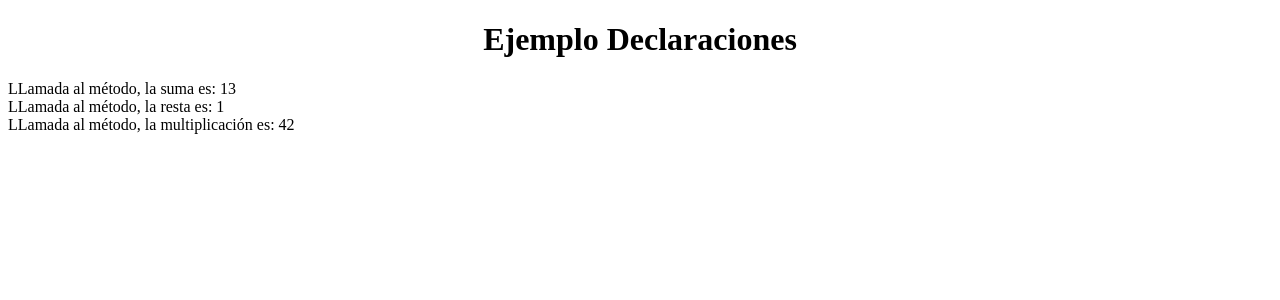
Repository: FernandoJFernandez/Curso-java-2022
Page: http://localhost/Primeros_pasos_JSP/EjemploDeclaraciones.jsp
An editor plug-in stored every save of this project. The page is shown before and after the next save, followed by the edit.
The browser window is 1280 px wide. The pictures show the whole page.
The page is served by Tomcat 9.

Above is the page before, as saved 2023-04-23 19:32:06.

After the next save:
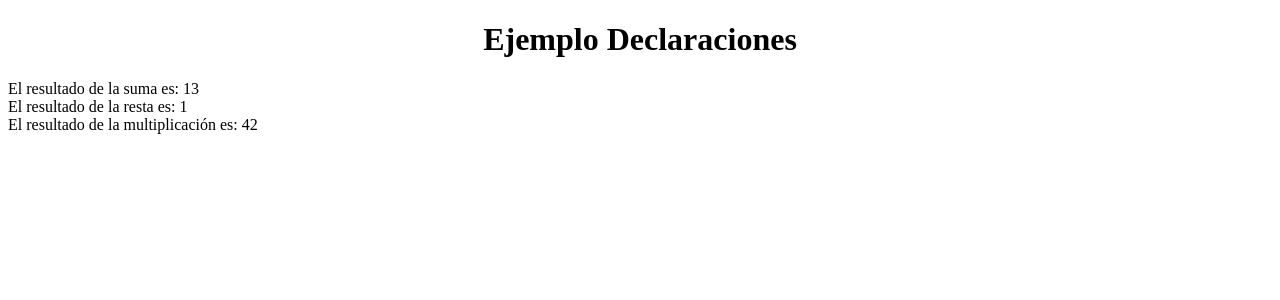
Saved 29 s later.
--- a/Primeros_pasos_JSP/src/main/webapp/EjemploDeclaraciones.jsp
+++ b/Primeros_pasos_JSP/src/main/webapp/EjemploDeclaraciones.jsp
@@ -25,10 +25,10 @@
 		}
 	%>
 
-	LLamada al método, la suma es: <%= metodoSuma(7,6) %>
+	El resultado de la suma es: <%= metodoSuma(7,6) %>
 	<br>
-	LLamada al método, la resta es: <%= metodoResta(7,6) %>
+	El resultado de la resta es: <%= metodoResta(7,6) %>
 	<br>
-	LLamada al método, la multiplicación es: <%= metodoMultiplica(7,6) %>
+	El resultado de la multiplicación es: <%= metodoMultiplica(7,6) %>
 </body>
 </html>
